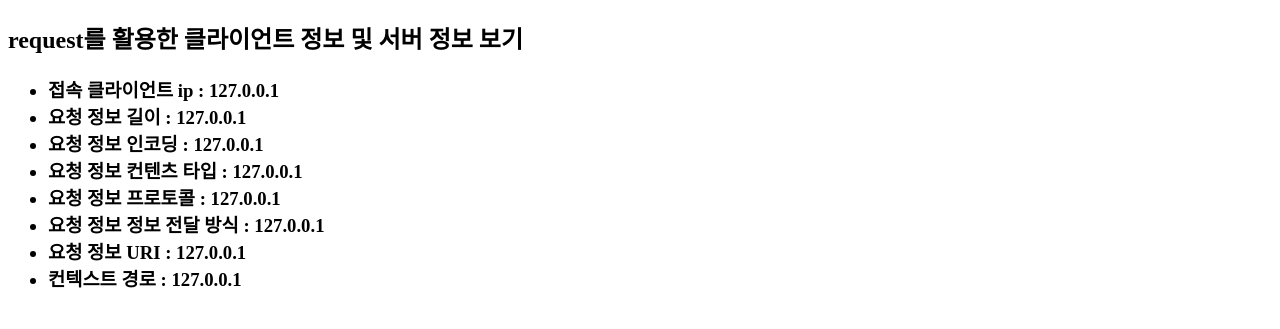
Repository: wjsjsn/23_jspstudy
Page: http://localhost/02_jsp/view/ex04_request.jsp
An editor plug-in stored every save of this project. The page is shown before and after the next save, followed by the edit.
The browser window is 1280 px wide. The pictures show the whole page.
The page is served by Tomcat 9.

Above is the page before, as saved 2023-07-04 02:56:53.

After the next save:
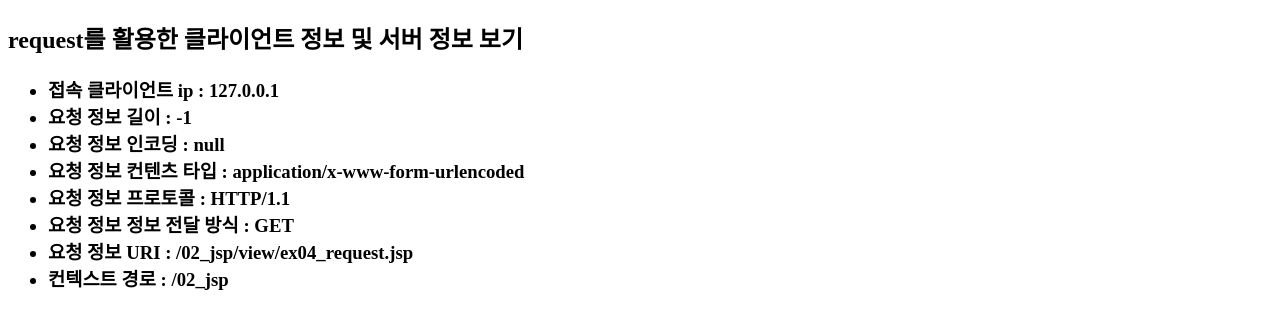
Saved 73 s later.
--- a/02_jsp/src/main/webapp/view/ex04_request.jsp
+++ b/02_jsp/src/main/webapp/view/ex04_request.jsp
@@ -52,13 +52,13 @@
 	 <h3>
 	 	<ul>
 	 		<li>접속 클라이언트 ip : <%=request.getRemoteAddr()%></li>
-	 		<li>요청 정보 길이 : <%=request.getRemoteAddr()%></li>
-	 		<li>요청 정보 인코딩 : <%=request.getRemoteAddr()%></li>
-	 		<li>요청 정보 컨텐츠 타입 : <%=request.getRemoteAddr()%></li>
-	 		<li>요청 정보 프로토콜 : <%=request.getRemoteAddr()%></li>
-	 		<li>요청 정보 정보 전달 방식 : <%=request.getRemoteAddr()%></li>
-	 		<li>요청 정보 URI : <%=request.getRemoteAddr()%></li>
-	 		<li>컨텍스트 경로 : <%=request.getRemoteAddr()%></li>
+	 		<li>요청 정보 길이 : <%=request.getContentLength()%></li>
+	 		<li>요청 정보 인코딩 : <%=request.getCharacterEncoding()%></li>
+	 		<li>요청 정보 컨텐츠 타입 : <%=request.getContentType()%></li>
+	 		<li>요청 정보 프로토콜 : <%=request.getProtocol()%></li>
+	 		<li>요청 정보 정보 전달 방식 : <%=request.getMethod()%></li>
+	 		<li>요청 정보 URI : <%=request.getRequestURI()%></li>
+	 		<li>컨텍스트 경로 : <%=request.getContextPath()%></li>
 	 	</ul>
 	 </h3>
 </body>
